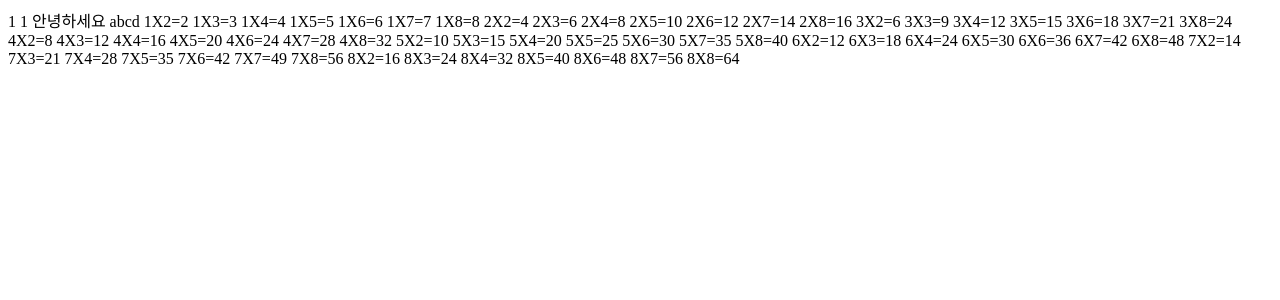
Repository: Luho0113/SpringBootStudy
Page: http://localhost/web/
These files come from the project's save history. The page is drawn as it stood at one moment and after the next save; the edit follows.
The browser window is 1280 px wide. The pictures show the whole page.
The page is served by Tomcat 9. Other server files are loaded and not shown.

Above is the page before, as saved 2023-05-03 01:59:13.

### web/src/main/webapp/index.jsp
<%@ page language="java" contentType="text/html; charset=UTF-8"
    pageEncoding="UTF-8"%>
<%
String str = "1";
out.println(str);
%>
<%=str%>
<!DOCTYPE html>
<html>
<head>
<meta charset="UTF-8">
<title>Insert title here</title>
</head>
<body>
안녕하세요
<%
out.println("abcd");
for(int i=1; i<9; i++){
	for(int j=2; j<9; j++){
		out.println(i + "X" + j + "=" + i*j);
	}
}
%>
</body>
</html>

After the next save:
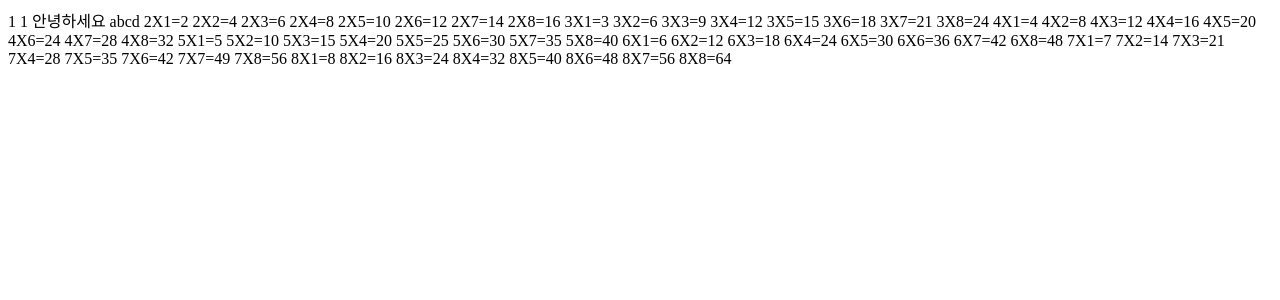
Saved 10 s later.
--- a/web/src/main/webapp/index.jsp
+++ b/web/src/main/webapp/index.jsp
@@ -15,8 +15,8 @@
 안녕하세요
 <%
 out.println("abcd");
-for(int i=1; i<9; i++){
-	for(int j=2; j<9; j++){
+for(int i=2; i<9; i++){
+	for(int j=1; j<9; j++){
 		out.println(i + "X" + j + "=" + i*j);
 	}
 }
